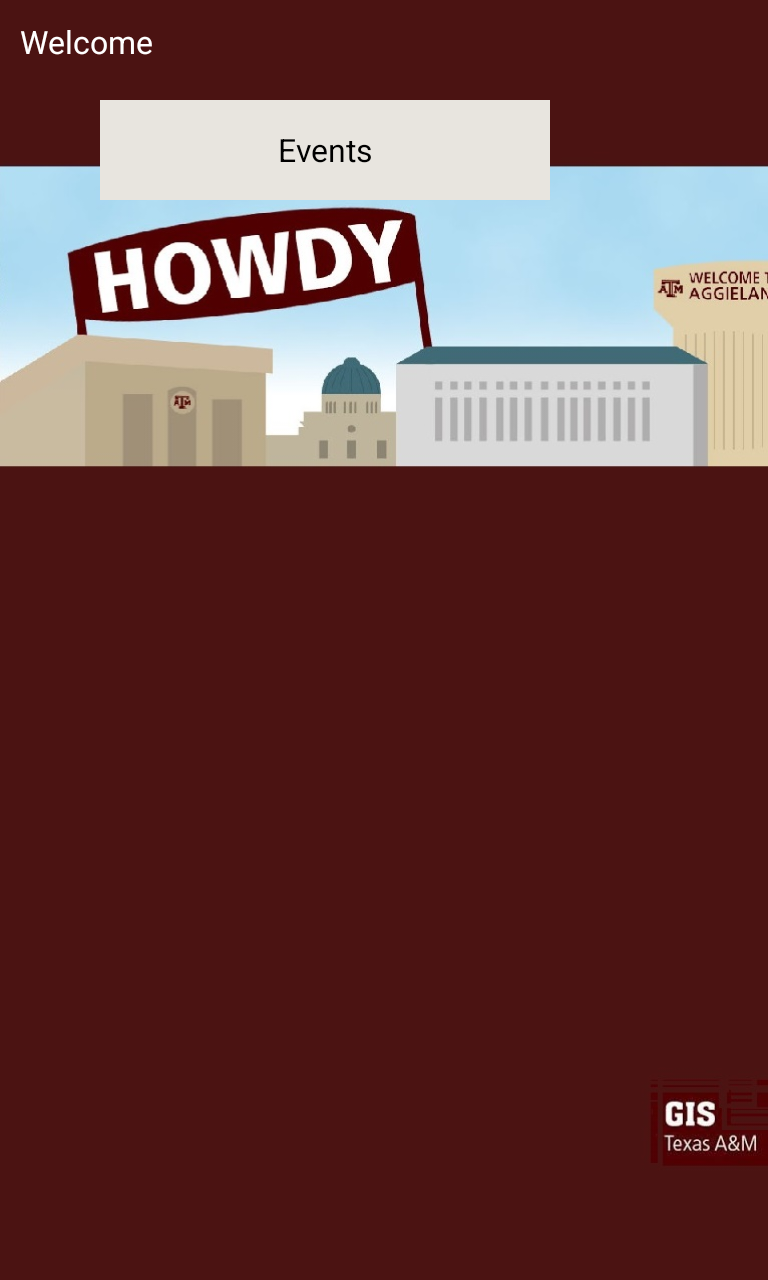
Repository: jannelg92/ANDROIDAPP
Layout: GEOINNOVATION/TAMUgis-dayEvents/res/layout/main_home.xml
The author's editor kept a copy of each file at every save. The layout is drawn from the files as they stood at one save, then again after the next save.
It is drawn on a 768 x 1280 px phone screen (xhdpi) without system bars, with theme AppTheme; the app's code is not run. Lists and similar views that code fills are empty. The app's manifest (not shown) leaves right-to-left support off. So textAlignment, textDirection and layoutDirection are ignored, and left and right values win over start and end ones.

Above is the layout before, as saved 2014-04-19 00:36:51.

After the next save:
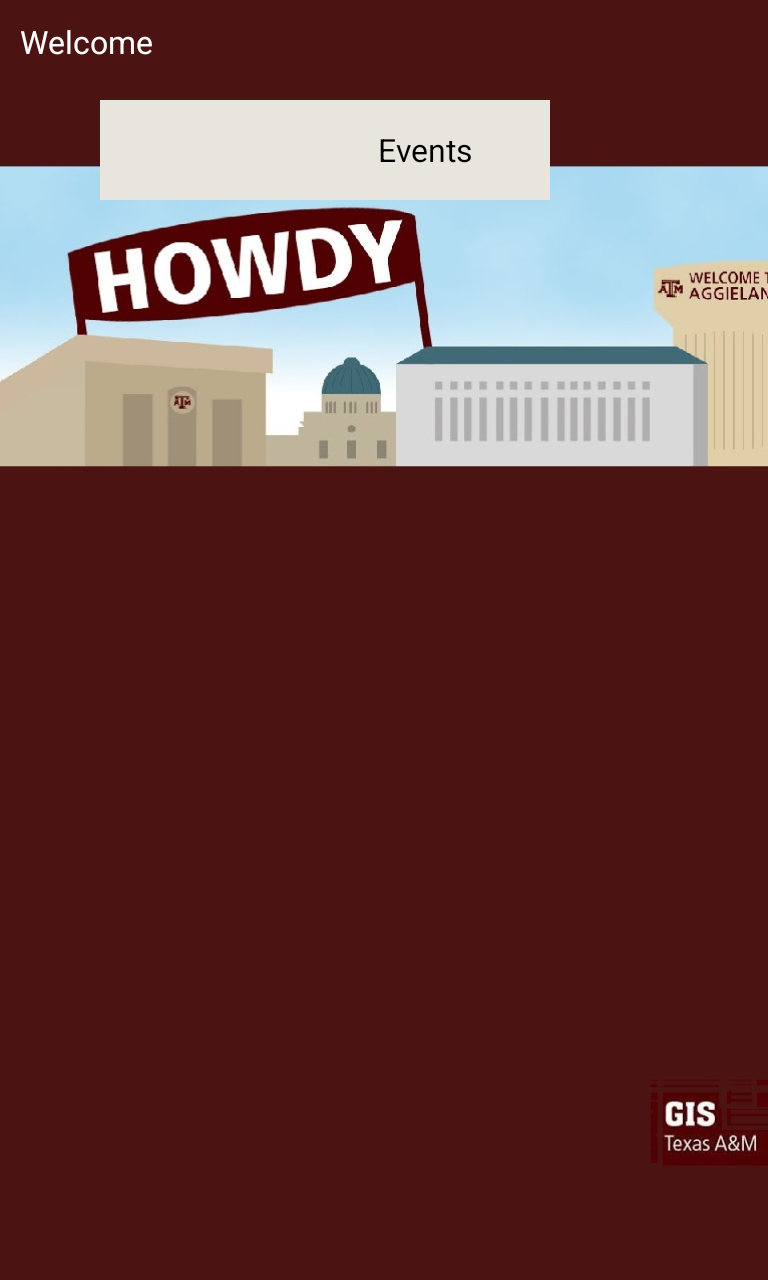
Saved 72 s later.
--- a/GEOINNOVATION/TAMUgis-dayEvents/res/layout/main_home.xml
+++ b/GEOINNOVATION/TAMUgis-dayEvents/res/layout/main_home.xml
@@ -37,7 +37,7 @@
         android:clickable="true"
         android:text="@string/title_section2"
         android:textSize="@dimen/small_text"
-        android:alignParent_Bottom="true" />
+        android:paddingStart="200px" />
 
     </FrameLayout>
 
